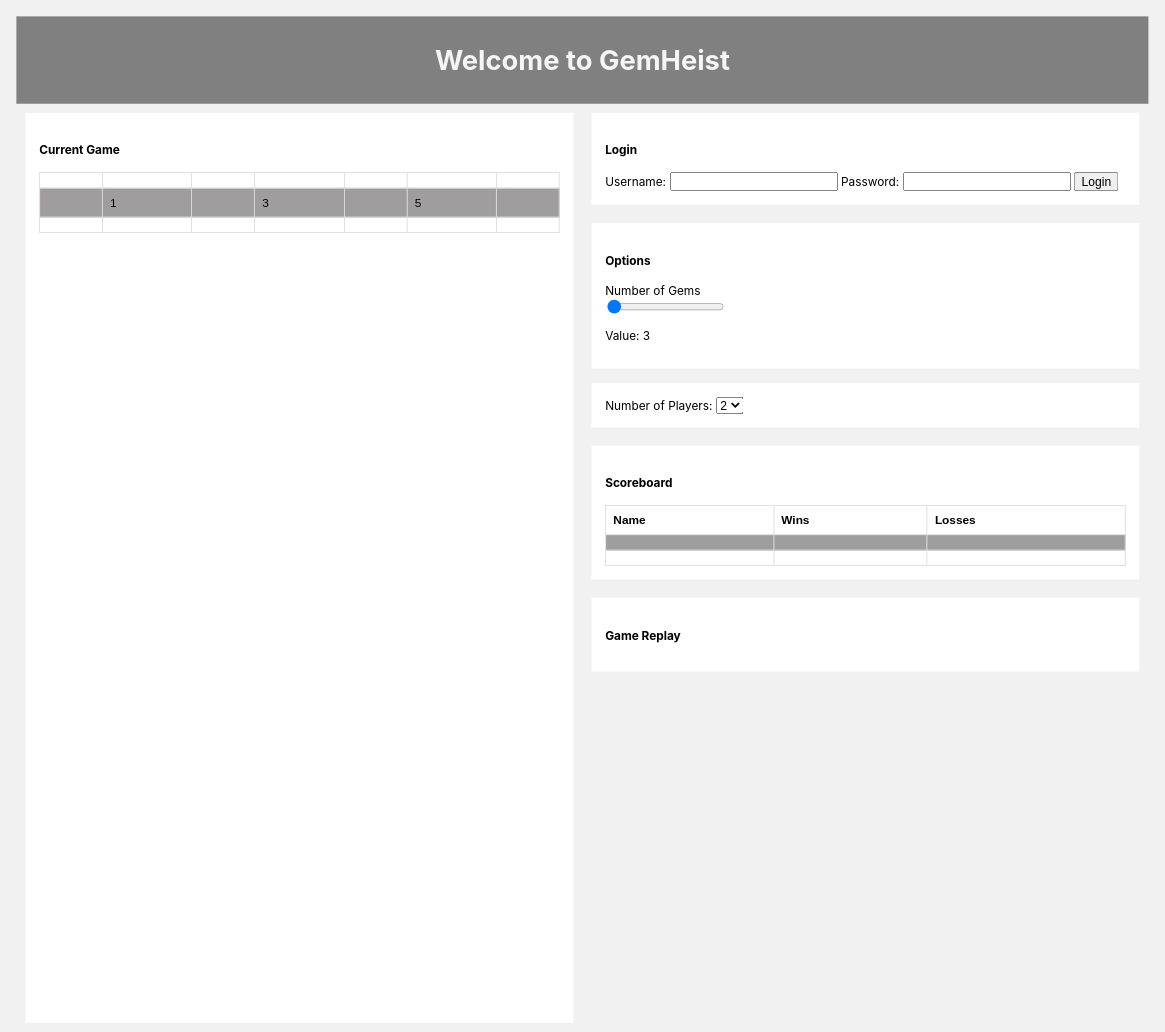
Repository: komalharjani/Gem-Heist
Page: board.html
These files come from the project's save history. The page is drawn as it stood at one moment and after the next save; the edit follows.
The browser window is 1280 px wide. The pictures show the whole page, at 91% of full size.

Above is the page before, as saved 2020-04-05 20:24:03.

After the next save:
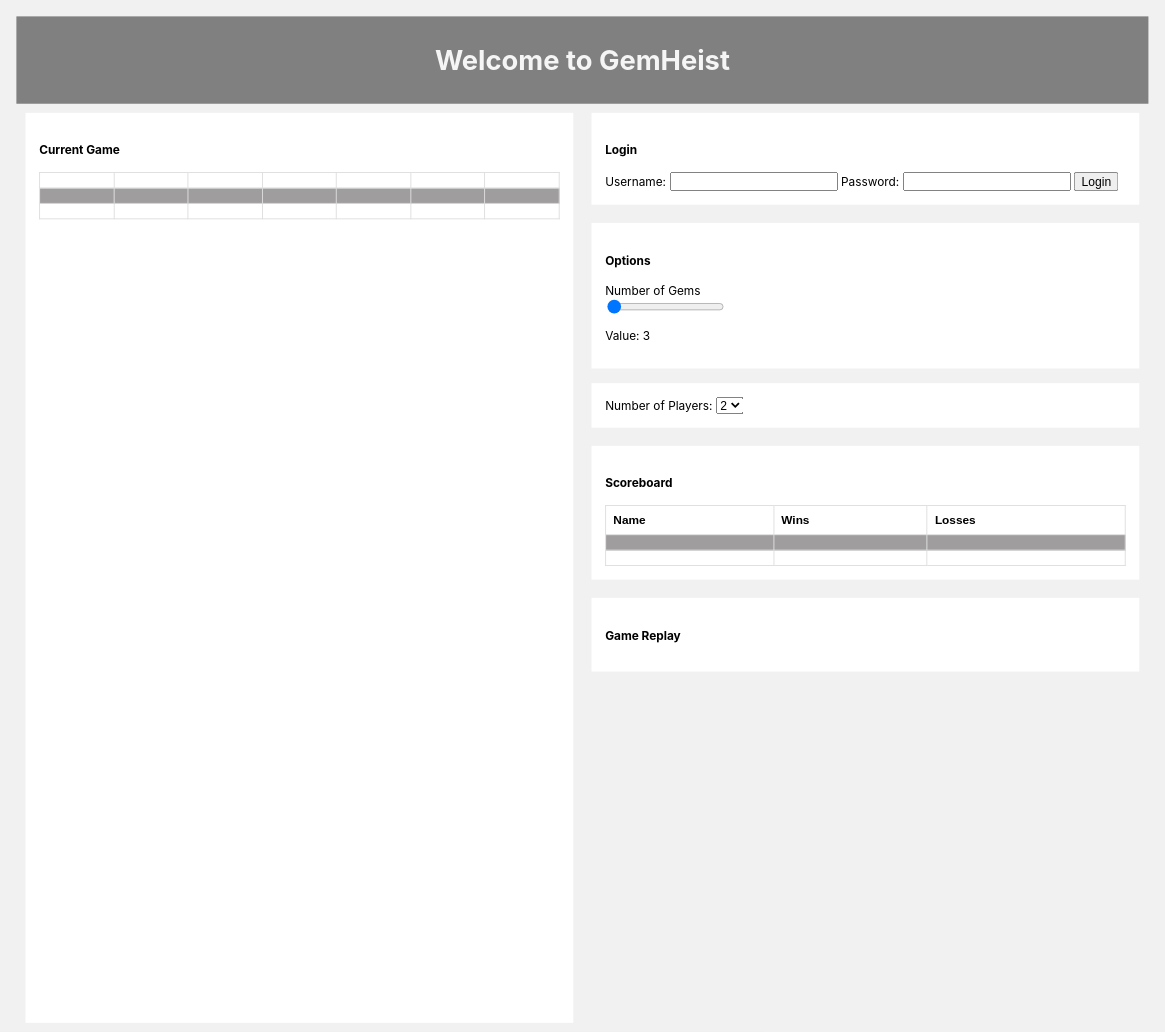
Saved 20 s later.
--- a/model_Board.js
+++ b/model_Board.js
@@ -30,8 +30,6 @@
         for (var j = 0; j < width; j++) { //loop through width
             var cell = document.createElement('td'); //create columns for each width
             if (j % 2 && i % 2) { //identify gem cells
-                cell.innerHTML = j;
-                cell.innerHTML = j;
                 console.log(i,j);
             //     cell.innerHTML = gemChar;
             //     cell.className = "gem";

After the save that followed:
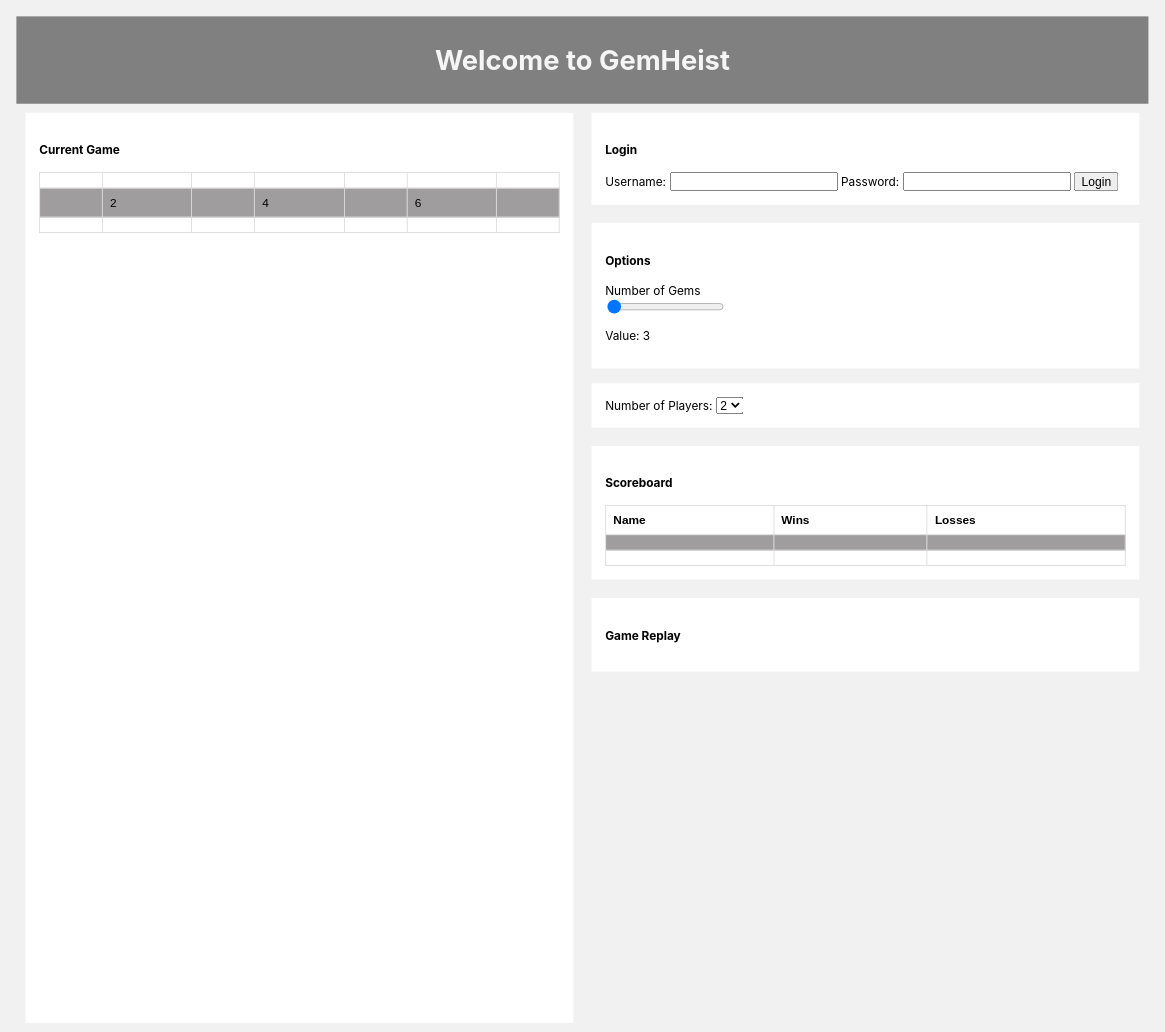
Saved 27 s later.
--- a/model_Board.js
+++ b/model_Board.js
@@ -31,6 +31,7 @@
             var cell = document.createElement('td'); //create columns for each width
             if (j % 2 && i % 2) { //identify gem cells
                 console.log(i,j);
+                cell.innerHTML = i+j;
             //     cell.innerHTML = gemChar;
             //     cell.className = "gem";
             }
